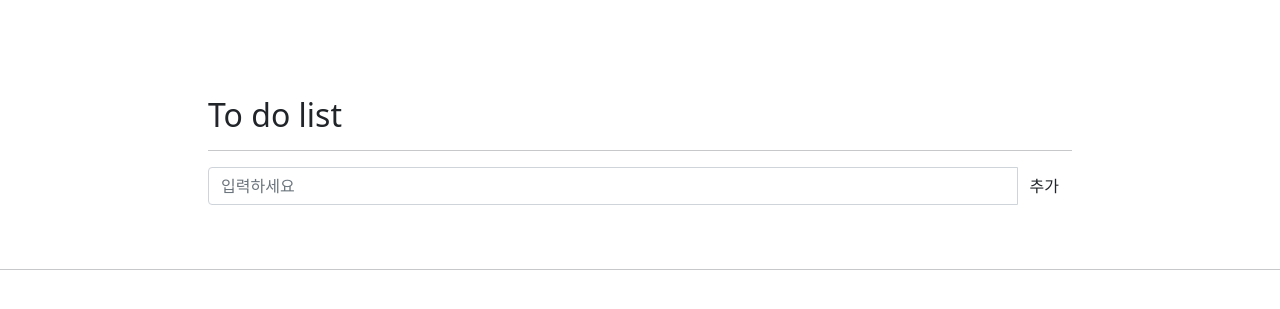
Repository: Hwater00/JSP-practice
Page: javaWorkspace/jwbook/src/main/webapp/ch03/todoapp.html
These files come from the project's save history. The page is drawn as it stood at one moment and after the next save; the edit follows.
The browser window is 1280 px wide. The pictures show the whole page.

Above is the page before, as saved 2023-07-27 00:41:50.

### javaWorkspace/jwbook/src/main/webapp/ch03/todoapp.html
<!DOCTYPE html>
<html>
<head>
<meta charset="UTF-8">
<link href="https://cdn.jsdelivr.net/npm/bootstrap@5.0.2/dist/css/bootstrap.min.css" rel="stylesheet" integrity="sha384-EVSTQN3/azprG1Anm3QDgpJLIm9Nao0Yz1ztcQTwFspd3yD65VohhpuuCOmLASjC" crossorigin="anonymous">
<title>Insert title here</title>
</head>
<body>
	<div class="container bg-waring show mx-auto mt-5 p-5 w-75">
		<h2>To do list</h2>
		<hr>
		<div class="input-group">
			<input id="item" class="form-control" type="text" placeholder="입력하세요">
			<button type="button" class="btn btn-control" onclick="addTime()">추가</button>
		</div>

	</div>
	<hr>
	<ul id="todolist" class="liat-group"></ul>
</body>
</html>

After the next save:
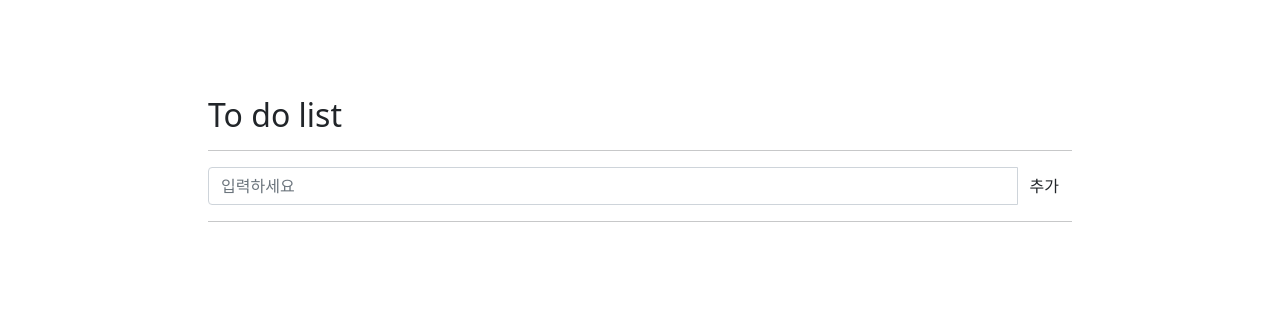
Saved 113 s later.
--- a/javaWorkspace/jwbook/src/main/webapp/ch03/todoapp.html
+++ b/javaWorkspace/jwbook/src/main/webapp/ch03/todoapp.html
@@ -7,15 +7,18 @@
 </head>
 <body>
 	<div class="container bg-waring show mx-auto mt-5 p-5 w-75">
-		<h2>To do list</h2>
+		<div>
+			<h2>To do list</h2>
+			<hr>
+			<div class="input-group">
+				<input id="item" class="form-control" type="text" placeholder="입력하세요">
+				<button type="button" class="btn btn-control" onclick="addTime()">추가</button>
+			</div>
+
+		</div>
 		<hr>
-		<div class="input-group">
-			<input id="item" class="form-control" type="text" placeholder="입력하세요">
-			<button type="button" class="btn btn-control" onclick="addTime()">추가</button>
+		<ul id="todolist" class="liat-group"></ul>
 		</div>
 
-	</div>
-	<hr>
-	<ul id="todolist" class="liat-group"></ul>
 </body>
 </html>
